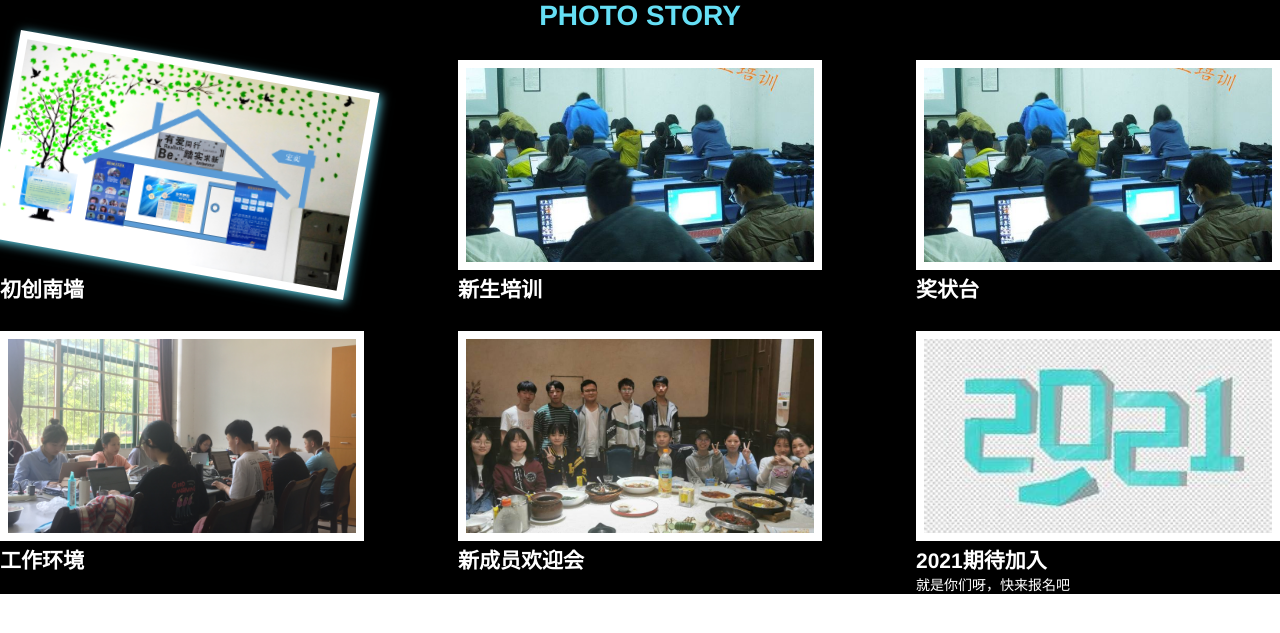
Repository: Homyit20/website
Page: /#/photo
The author's editor kept a copy of each file at every save. The page is drawn from the files as they stood at one save, then again after the next save.
The browser window is 1280 px wide. The pictures show the whole page.
The project was rebuilt for these pictures with package versions that can differ from the ones it lists, and the page was loaded fresh each time. Also part of the build but not shown: vue.config.js.

Above is the page before, as saved 2021-08-10 15:36:12.

### public/index.html
<!DOCTYPE html>
<html lang="">
  <head>
    <meta charset="utf-8">
    <meta http-equiv="X-UA-Compatible" content="IE=edge">
    <meta name="viewport" content="width=device-width,initial-scale=1.0">
    <link rel="icon" href="<%= BASE_URL %>favicon.ico">
    <!-- <title><%= htmlWebpackPlugin.options.title %></title> -->
    <title><%= htmlWebpackPlugin.options.title %></title>
    <style>
      *{
        cursor: url("火箭.ico"),auto;
      }
      .body{
        overflow-x: hidden;
      }
    </style>
  </head>
  <body class="body">
    <noscript>
      <strong>We're sorry but <%= htmlWebpackPlugin.options.title %> doesn't work properly without JavaScript enabled. Please enable it to continue.</strong>
    </noscript>
    <div id="app"></div>
    <!-- built files will be auto injected -->
  </body>
</html>

### src/main.js
import Vue from 'vue'
import App from './App.vue'
import router from './router'
import store from './store'
// import VueCookies from 'vue-cookies'
// import axios from 'axios'
// import VueAxios from 'vue-axios'
import 'animate.css/animate.min.css'
// Vue.use(VueCookies)
// Vue.use(VueAxios, axios);

Vue.config.productionTip = false

new Vue({
  router,
  store,
  render: h => h(App),
}).$mount('#app')

//报名成功或者已报名才可进入二维码页面
router.beforeEach((to, from, next) => {
  //路由导航
  if (to.meta.islogin) {

    if (store.state.success == 1) {
      next()
    } else {
      next({
        path: from.path
      })
    }
  } else {

    if (to.meta.islogin) {
      if (store.state.success == 1) {
        next()
      } else {
        next({
          path: from.path
        })
      }
    } else {
      next()
    }
  }
})
window.onload = function(){
  document.title = "HOMYIT STUDIO"
}

### src/App.vue
<template>
  <div id="app">
    <router-view></router-view>
  </div>
</template>

<script>
// import NavBar from "./components/enter/enter.vue"
export default {
  name: "App"
};
</script>

<style>
* {
  margin: 0;
  padding: 0;
  box-sizing: border-box;
}
html {
  font-size: 14px;
}
#app {
  font-family: Avenir, Helvetica, Arial, sans-serif;
}
</style>

### src/router/index.js
import Vue from 'vue'
import VueRouter from 'vue-router'

Vue.use(VueRouter);

const routes = [
    {
        path: '/',
        redirect: '/enter',
        meta : {
            title : 'enter'
        }
    },
    {
        path: '/technique',
        component: () => import('../views/technique.vue'),
        meta : {
            title : 'technique'
        }
    },
    {
        path: '/develop',
        component: () => import('../views/develop.vue'),
        meta : {
            title : 'develop'
        }
    },
    {
        path: '/enter',
        component: () => import('../views/enter.vue'),
        meta : {
            title : 'enter'
        }
    },
    {
        path: '/login',
        component: () => import('../views/login.vue'),
        redirect: '/login/loginform',
        children: [{
            path: '/login/loginform',
            component: () => import('../components/content/loginform.vue'),
            meta : {
                title : 'login'
            }
        },
        {
            path: '/login/contact',
            component: () => import('../components/content/contact.vue'),
            meta: {
                islogin: true,
                title : 'contact'
            }
        }
        ]
    },
    {
        path: '/home',
        component: () => import('../views/Home.vue'),
        meta : {
            title : 'home'
        }
    }, {
        path: '/background',
        component: () => import('../views/background.vue'),
        meta : {
            title : 'background'
        }
    },
    {
        path : '/photo',
        component : () => import('../views/photo.vue')
    }
]

const router = new VueRouter({
    routes
})

export default router;

### src/store/index.js
import Vue from 'vue'
import Vuex from 'vuex'

Vue.use(Vuex)

const store = new Vuex.Store({
    state : {
        success : 0,
        isnav : false
    },
    mutations : {
        judge(state){
            state.success = 1
        }
    }
})

export default store;

### src/views/photo.vue
<template>
  <div class="photos-back">
    <h1>PHOTO STORY</h1>
    <div class="photo-content">
      <div class="photo-content-img">
        <img src="../assets/techlogin/images/南墙.png" class="photo-animate-one our-photo" @click="changephoto(0)">
        <h2>初创南墙</h2>
        <p></p>
      </div>
      <div class="photo-content-img">
        <img src="../assets/techlogin/images/新生培训.jpg" class="our-photo" @click="changephoto(1)">
        <h2>新生培训</h2>
        <p></p>
      </div>
      <div class="photo-content-img">
        <img src="../assets/techlogin/images/新生培训.jpg" class="our-photo" @click="changephoto(2)">
        <h2>奖状台</h2>
        <p></p>
      </div>
      <div class="photo-content-img">
        <img src="../assets/techlogin/images/工作环境.png" class="our-photo" @click="changephoto(3)">
        <h2>工作环境</h2>
        <p></p>
      </div>
      <div class="photo-content-img">
        <img src="../assets/techlogin/images/2020.jpg" class="our-photo" @click="changephoto(4)">
        <h2>新成员欢迎会</h2>
        <p></p>
      </div>
      <div class="photo-content-img">
        <img src="../assets/techlogin/images/2021.jpg" @click="phototojoin()">
        <h2>2021期待加入</h2>
        <p>就是你们呀，快来报名吧</p>
      </div>
    </div>
  </div>
</template>

<script>
  let photobefore = 0;
  export default {
    name : 'photo',
    methods:{
      changephoto(value){
        let ourphoto = document.getElementsByClassName('our-photo');
        ourphoto[0].classList.remove('photo-animate-one');
        ourphoto[photobefore].classList.remove('photo-animate-one');
        ourphoto[value].classList.add('photo-animate-one');
        photobefore = value;
      },
      phototojoin(){
      this.$router.push({
        path : '/login/loginform'
      })
    }
    }
  }
</script>

<style>
.photos-back{
  width: 100vw;
  background-color: #000;
  display: flex;
  flex-direction: column;
  align-items: center;
  color: #65dff5;
}
.photo-content{
  display: flex;
  justify-content: space-between;
  flex-wrap: wrap;
}
.photo-content-img{
  margin-top: 2rem;
  color: #fff;
}
.photo-content-img img{
  border: 8px solid #fff;
  width: 26rem;
  height: 15rem;
  object-fit: cover;
}
  .photo-animate-one{
    box-shadow: 2px 2px 10px #65dff5;
    animation: photoone 2s infinite ease-in-out;
  }
/* 动画 */
@keyframes photoone {
  0%{
    transform: rotate(0deg);
  }
  50%{
    transform: rotate(10deg);
  }
  100%{
    transform: rotate(0deg);
  }
}


@media screen and (max-width : 800px){
  .photo-content{
    display: flex;
    flex-direction: column;
    align-items: center;
 }
   .photo-content-img img{
    width: 22rem;
    height: 12rem;
  }
}
@media screen and (min-width: 1500px){
  .photo-content-img img{
    width: 35rem;
    height: 20rem;
  }
}
</style>

After the next save:
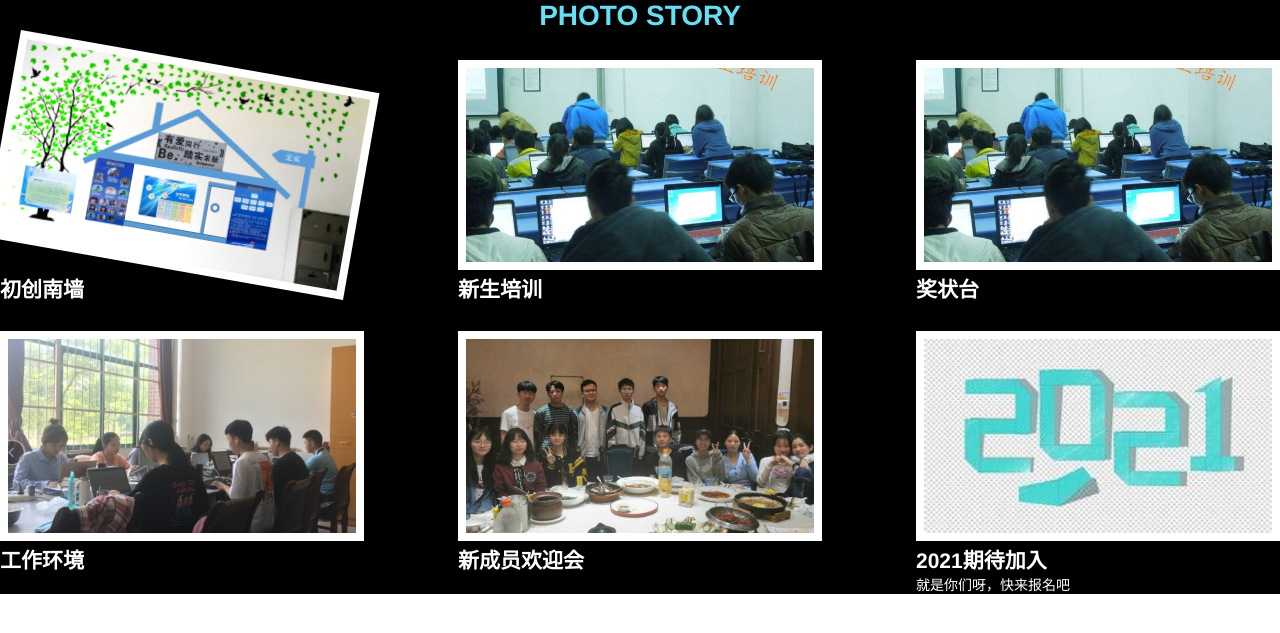
Saved 54 s later.
--- a/src/views/photo.vue
+++ b/src/views/photo.vue
@@ -81,8 +81,8 @@
   height: 15rem;
   object-fit: cover;
 }
-  .photo-animate-one{
-    box-shadow: 2px 2px 10px #65dff5;
+  .photo-content-img .photo-animate-one{
+    border: 8px solid #fff;
     animation: photoone 2s infinite ease-in-out;
   }
 /* 动画 */
